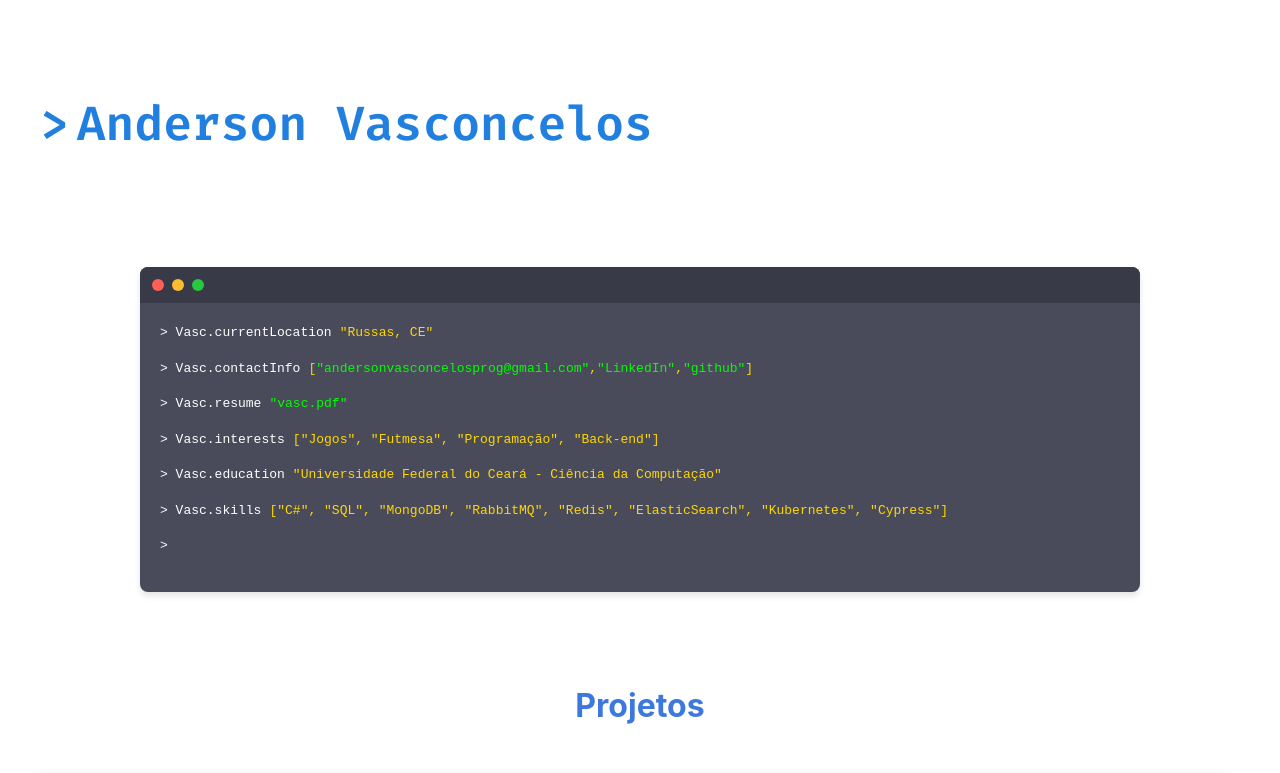
Repository: vascsx/portfolio_vascsx
Page: /
These files come from the project's save history. The page is drawn as it stood at one moment and after a run of saves; the edit follows.
The browser window is 1280 px wide. The pictures show the part of the page from y = 0 to 773 px (the page is 2201 px tall).
Pictures or frames that could not be fetched are drawn as grey boxes. The project was rebuilt for these pictures with package versions that can differ from the ones it lists, and the page was loaded fresh each time.

Above is the page before, as saved 2025-03-15 20:25:28.

After the next 2 saves:
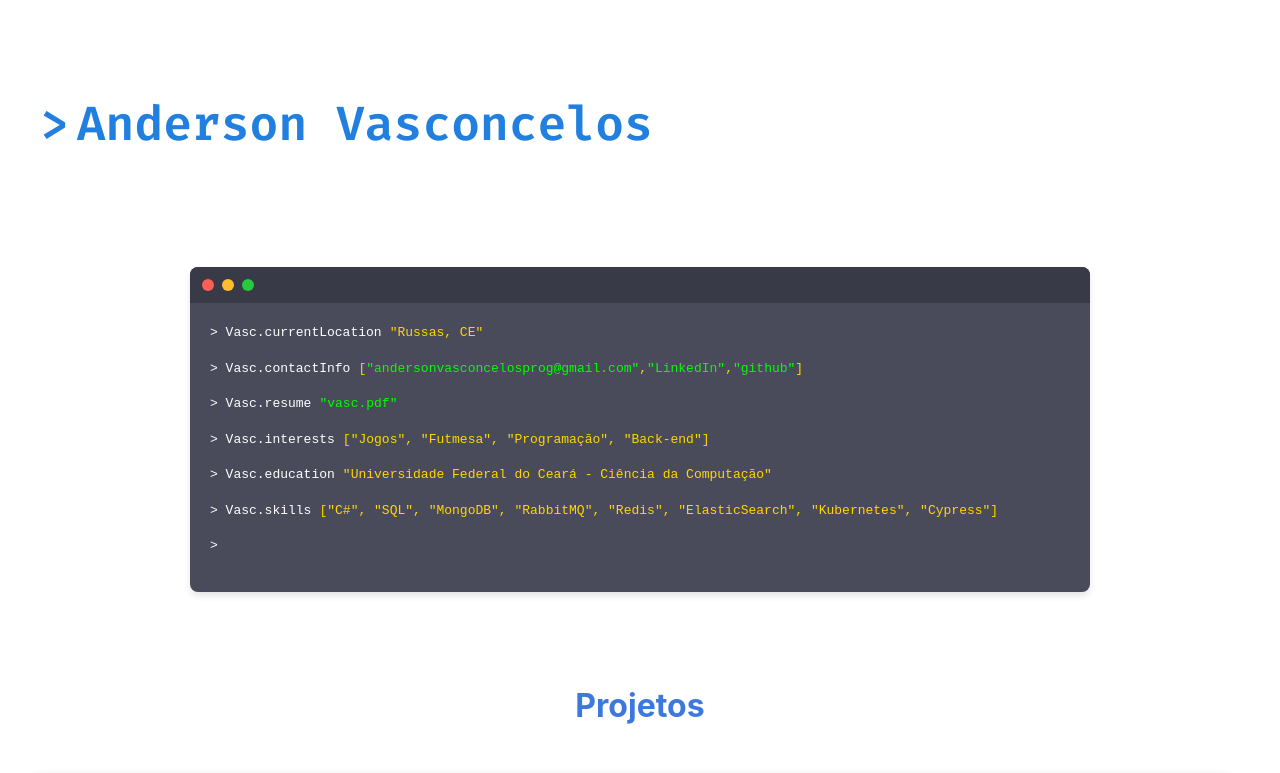
The 2 saves are shown as one change because they came seconds apart.
The last was saved 11 s later.
--- a/src/components/Home.css
+++ b/src/components/Home.css
@@ -1,7 +1,7 @@
 .terminal {
   background-color: #494b5a;
   border-radius: 8px;
-  width: 1000px;
+  width: 900px;
   margin: 20px auto;
   font-family: monospace;
   box-shadow: 0 4px 6px rgba(0, 0, 0, 0.1);
